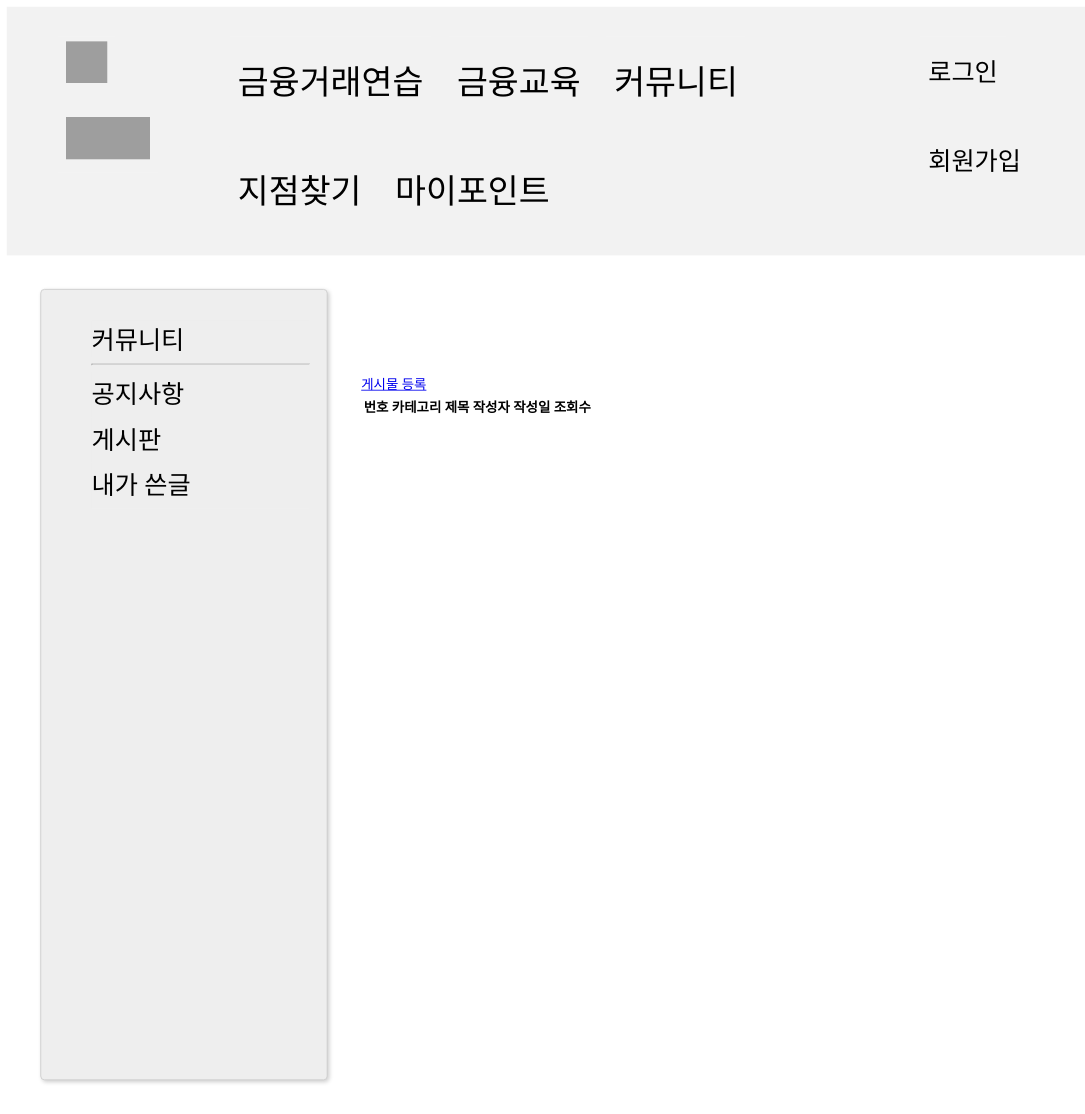
Repository: syc98syc/KB04_TeamProject
Page: http://localhost/jgig/WEB-INF/jsp/board/list.jsp
An editor plug-in stored every save of this project. The page is shown before and after the next save, followed by the edit.
The browser window is 1280 px wide. The page is 1292 px wide, so the pictures cover 1292 px, including what lies to the right of the window. The pictures show the whole page, at 84% of full size.
Pictures or frames that could not be fetched are drawn as grey boxes. Some web fonts or font styles are not loaded; a fallback is used. The page is served by Tomcat 9. Nobody is signed in. Other server files are loaded and not shown. The template is opened directly, without the code that normally fills it, so the values that code supplies are empty.

Above is the page before, as saved 2023-09-06 04:43:00.

### jgig/src/main/webapp/WEB-INF/jsp/board/list.jsp
<%@ page language="java" contentType="text/html; charset=UTF-8"
    pageEncoding="UTF-8"%>
<%@ taglib uri="http://java.sun.com/jsp/jstl/core" prefix="c" %>
<!DOCTYPE html>
<html>
<head>
<meta charset="UTF-8">
<title>웹게시물 목록</title>
<style>
#content {
    flex-grow: 1; /* 남은 공간을 모두 차지하도록 설정 */
    background-color: #fff; /* 배경색 설정 */
    padding: 20px; /* 내부 여백 설정 */
    margin: 120px;
}
</style>
</head>
<body>
<%@ include file="../include/top_navbar.jsp" %>
<%@ include file="../include/left_navbar.jsp" %>
<div id="content">
	<a href="/board_insert_form">게시물 등록</a> <br>
	<table>
		<tr>
		<th>번호</th>
		<th>카테고리</th>
		<th>제목</th>
		<th>작성자</th>
		<th>작성일</th>
		<th>조회수</th>
		<c:forEach items="${board_list}" var="brd">
		<tr>
			<td>${brd.brd_id }</td>
			<td>${brd.brd_category }</td>
			<td><a href="board_detail?no=${brd.brd_id}">${brd.title}</a></td>
			<td>${brd.mem_id }</td>
			<td>${brd.brd_date_created }</td>
			<td>${brd.brd_view }</td>
		</tr>
		</c:forEach>
	</table>
</div>
</body>
</html>

### jgig/src/main/webapp/WEB-INF/jsp/include/top_navbar.jsp
<%@ page language="java" contentType="text/html; charset=UTF-8"
    pageEncoding="UTF-8"%>
<!DOCTYPE html>
<html>
<head>
<meta charset="UTF-8">
<title>Insert title here</title>
<style>
@import url('https://fonts.googleapis.com/css2?family=Nanum+Gothic+Coding:wght@700&display=swap');  /* 글꼴 */

/* 상단 메뉴 스타일 */
        #top-menu {
            background-color: #F2F2F2;
            color: #fff;
            padding: 10px;
            width: 100%;
             display: flex;
  justify-content: center;
        }


    #img1 {
		width: 7vmin;
		height: 7vmin;
	}


	#img2 {
		width: 14vmin;
		height: 7vmin;
	}

	#top-menu a {
    color: #000; /* 링크 글꼴 색상 설정 */
    text-decoration: none; /* 링크 밑줄 제거 */
}

	#top-menu ul{
		list-style: none;
	}
	#top-menu li{
		font-family: 'Nanum Gothic Coding', cursive;
		float: left;
		background: #F2F2F2;
		padding:5px 10px;
		font-size: 40px;
		margin: 10px;
	}

	#top-menu ul li a{
		line-height: 2.5;
	}

	#nav3 ul li{
		font-size:30px;
	}
</style>
</head>
<body>
	<div id = "top-menu">
		<nav id = "nav1">
				<ul>
					<li><img id="img1" src="../resources/img/KB.png"></li>
					<li><img id="img2" src="../resources/img/지금입금.png"></li>
				</ul>
		</nav id = "nav2">
		<nav>
				<ul>
					<li class="menu1"><a href="#">금융거래연습</a></li>
					<li class="menu2"><a href="#">금융교육</a></li>
					<li class="menu3"><a href="#">커뮤니티</a></li>
					<li class="menu4"><a href="#">지점찾기</a></li>
					<li class="menu5"><a href="#">마이포인트</a></li>
				</ul>
		</nav>
		<nav id = "nav3">
				<ul>
					<li class="menu6"><a href="#">로그인</a></li>
					<li class="menu7"><a href="#">회원가입</a></li>
				</ul>
		</nav>
	</div>

</body>
</html>

### jgig/src/main/webapp/WEB-INF/jsp/include/left_navbar.jsp
<%@ page language="java" contentType="text/html; charset=UTF-8"
    pageEncoding="UTF-8"%>
<!DOCTYPE html>
<html>
<head>
<meta charset="UTF-8">
<title>Insert title here</title>
<style>

@import url('https://fonts.googleapis.com/css2?family=Nanum+Gothic+Coding:wght@700&display=swap');  /* 글꼴 */
/* 좌측 사이드바 스타일 */
#sidebar {
    width: 300px; /* 박스 컨테이너의 너비 설정 */
    height: 900px; /* 박스 컨테이너의 높이 설정 */
    background-color: #eee; /* 배경색 설정 */
    color: #000; /* 글꼴 색상 설정 */
    padding: 20px; /* 내부 여백 설정 */
    border: 1px solid #ccc; /* 박스 컨테이너의 테두리 설정 */
    border-radius: 5px; /* 박스 컨테이너의 모서리를 둥글게 설정 */
    box-shadow: 2px 2px 5px rgba(0, 0, 0, 0.2); /* 그림자 효과 추가 */
    line-height: normal;
    display: inline-block;
    vertical-align: middle;
    margin: 40px;
    float: left; /*왼쪽에 떠있게*/
}

/* 좌측 사이드바 링크 스타일 */
#sidebar a {
    color: #000; /* 링크 글꼴 색상 설정 */
    text-decoration: none; /* 링크 밑줄 제거 */
}

/* 좌측 사이드바 링크 호버 스타일 */
#sidebar a:hover {
    text-decoration: underline; /* 호버 상태에서 밑줄 추가 */
}

/* 좌측 사이드바 제목 스타일 */
#sidebar
	ul{
		list-style: none;
	}
	li{
		font-family: 'Nanum Gothic Coding', cursive;
		display: block; /* 각 <li> 요소를 한 줄에 하나씩 표시 */
		background: #eee;
		font-size: 30px;
	}

	#sidebar ul li a{
		line-height: 1.8;
	}

</style>
</head>
<body>
	<div id = "sidebar">
		<nav>
				<ul>
					<li>커뮤니티</li> <hr>
					<li class="menu1"><a href="#">공지사항</a></li>
					<li class="menu2"><a href="#">게시판</a></li>
					<li class="menu3"><a href="#">내가 쓴글</a></li>
				</ul>
		</nav>
	</div>

</body>
</html>

After the next save:
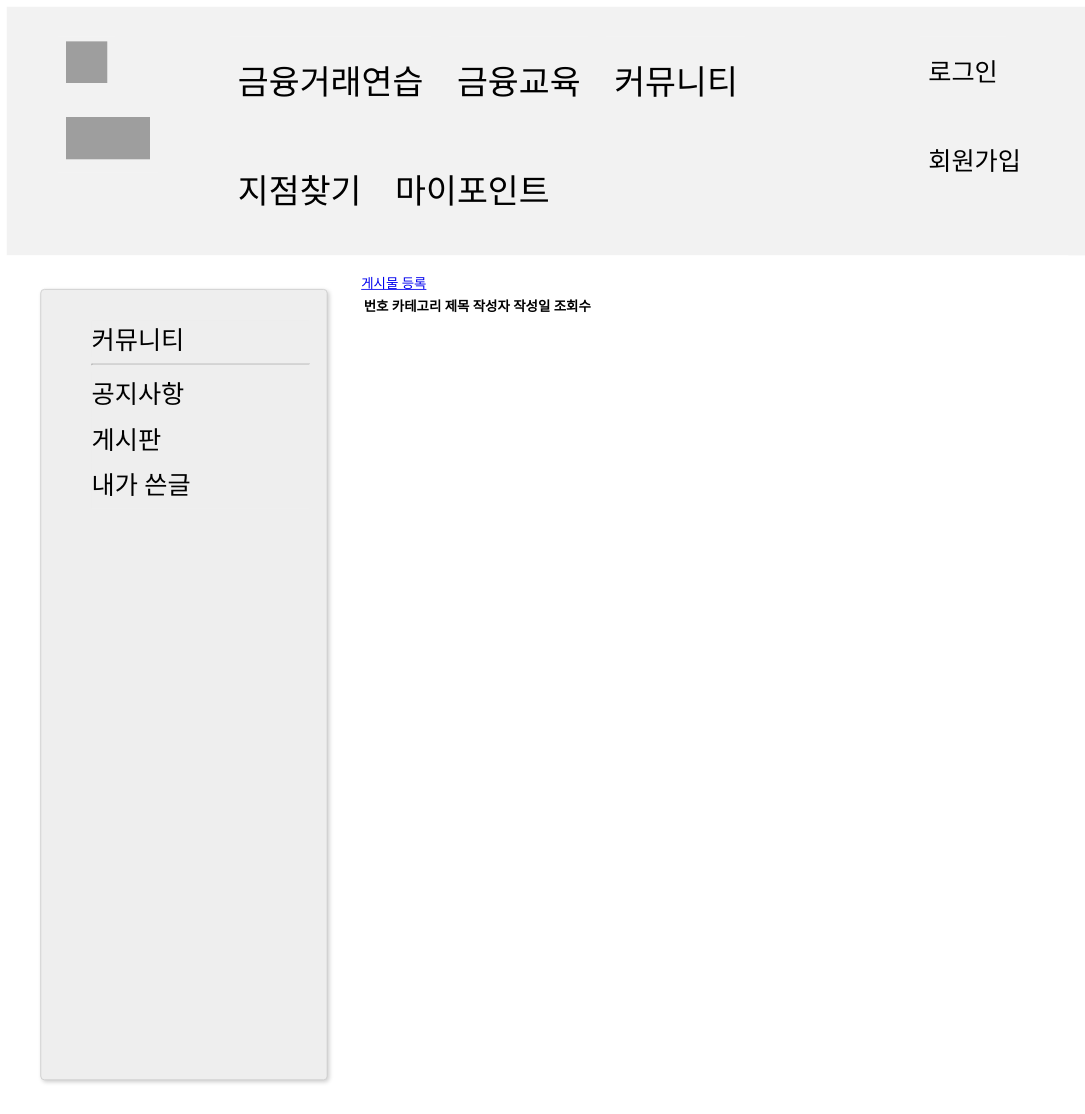
Saved 31 s later.
--- a/jgig/src/main/webapp/WEB-INF/jsp/board/list.jsp
+++ b/jgig/src/main/webapp/WEB-INF/jsp/board/list.jsp
@@ -11,7 +11,6 @@
     flex-grow: 1; /* 남은 공간을 모두 차지하도록 설정 */
     background-color: #fff; /* 배경색 설정 */
     padding: 20px; /* 내부 여백 설정 */
-    margin: 120px;
 }
 </style>
 </head>
